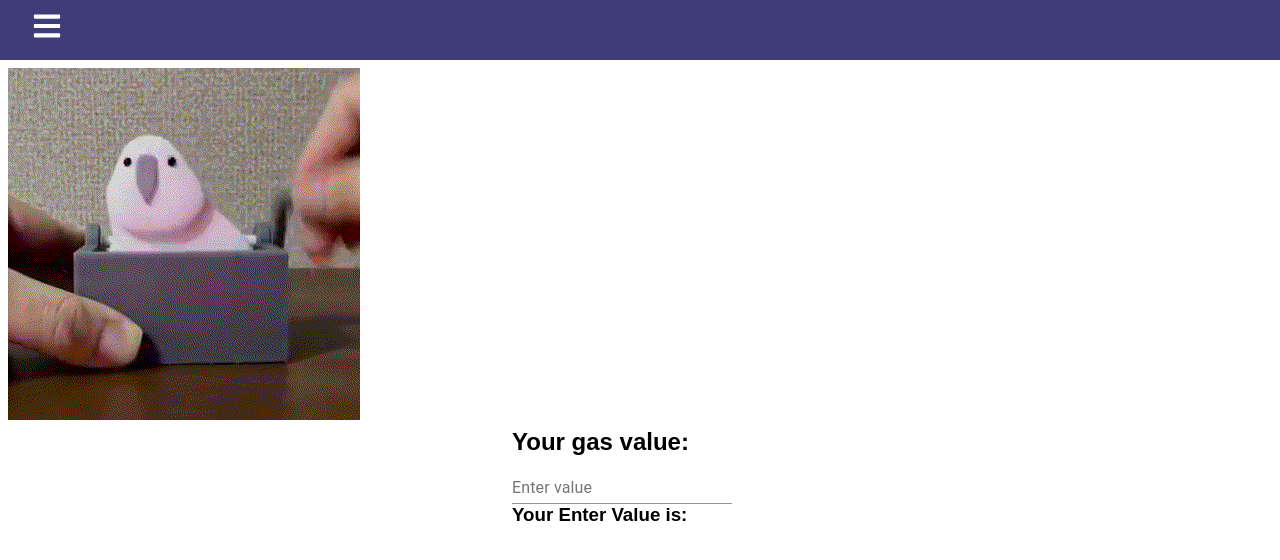
Repository: dcutalo/GasPal
Page: / (app in client/)
These files come from the project's save history. The page is drawn as it stood at one moment and after the next save; the edit follows.
The browser window is 1280 px wide. The pictures show the whole page.
Some web fonts or font styles are not loaded; a fallback is used. The project was rebuilt for these pictures with package versions that can differ from the ones it lists, and the page was loaded fresh each time. Also part of the build but not shown: client/src/pages/triphistory.js, client/src/pages/gasefficiencyreports.js, client/src/pages/userprofile.js.

Above is the page before, as saved 2021-10-05 21:55:53.

### client/src/App.js
import React from 'react';
import './App.css';
import Sidebar from './components/Sidebar';
import { BrowserRouter as Router, Switch, Route} from 'react-router-dom';
import Home from './pages/home';
import TripHistory from './pages/triphistory';
import Reports from './pages/gasefficiencyreports';
import UserProfile from './pages/userprofile';


function App() {
  return (
    <>
    <Router>
      <Sidebar />
      <Switch>
        <Route path = '/' exact component={Home}/>
        <Route path = '/triphistory' component={TripHistory}/>
        <Route path = '/gasefficiencyreports' component={Reports}/>
        <Route path = '/userprofile' component={UserProfile}/>
      </Switch>
    </Router>

    </>
  );
}

export default App;

### client/src/App.css
@import url(https://fonts.googleapis.com/css2?family=Gluten&display=swap);

* {
  box-sizing: border-box;
  margin: 0;
  padding: 0;
  font-family: 'Latp', sans-serif;
}

.home, .gasefficiencyreports, .triphistory, .userprofile {
  display: flex;
  height: 90vh;
  align-items: center;
  justify-content: center;
  font-size: 3rem;
}

.gif{
  display: flex;
  align-items: center;
  padding: 8px;
 }

### client/src/components/Sidebar.js
import React, {useState} from 'react'
import * as FaIcons from "react-icons/fa";
import * as AiIcons from "react-icons/ai";
import { Link } from 'react-router-dom';
import { SidebarData } from './Sidebardata';
import './Sidebar.css';
import { IconContext } from 'react-icons'

function Sidebar() {
    const [sidebar, setSidebar] = useState(false)

    const showSidebar = () => setSidebar(!sidebar)

    return (
        <>
        <IconContext.Provider value={{size: '30px', className:"icons"}}>
            <div className ="sidebar">
                <Link to="#" className='menu-bars'>
                    <FaIcons.FaBars onClick={showSidebar} />
                </Link>
            </div>

            <nav className={sidebar ? 'side-menu active' : 'side-menu'}>
                <ul className='side-menu-items'>
                    <li className="sidebar-toggle">
                        <Link to="#" className='menu-bars' onClick={showSidebar}>
                            <AiIcons.AiOutlineClose />
                        </Link>
                    </li>

                    {SidebarData.map((item,index) => {
                        return (

                            <li key={index} className={item.cName}>
                                <Link to={item.path}>
                                    {item.icon}
                                    <span>{item.title}</span>
                                </Link>
                            </li>

                        );
                    })}

                </ul>
            </nav>

        </IconContext.Provider>
        </>
    )
}

export default Sidebar

### client/src/pages/home.js

import React, { useState } from "react";
import TextField from "@material-ui/core/TextField";
import gif from '../1f8f36ae39d05387.gif';
import '../App.css'

const Home = () => {
  const [name, setName] = useState("");

  return (
    <div>
    <img src={gif} alt="loading..." className="gif"/>

    <div
          style={{
              marginLeft: "40%",
          }}
      >
          <h2>Your gas value:</h2>
          <TextField
              value={name}
              label="Enter value"
              onChange={(e) => {
                  setName(e.target.value);
              } } />
          <h3>Your Enter Value is: {name} </h3>
      </div>
    </div>
  );
};

export default Home;

### client/src/components/Sidebardata.js
import React from 'react'
import * as AiIcons from "react-icons/ai";
import * as CgIcons from "react-icons/cg";
import * as HiIcons from "react-icons/hi";

export const SidebarData = [
    {
        title: 'Home',
        path: '/',
        icon: <AiIcons.AiFillHome />,
        cName: 'side-text'
    },
    {
        title: 'Gas Efficiency Reports',
        path: '/gasefficiencyreports',
        icon: <HiIcons.HiDocumentReport />,
        cName: 'side-text'
    },
    {
        title: 'Trip History',
        path: '/triphistory',
        icon: <AiIcons.AiOutlineHistory />,
        cName: 'side-text'
    },
    {
        title: 'User Profile',
        path: '/userprofile',
        icon: <CgIcons.CgProfile />,
        cName: 'side-text'
    }
]

### client/src/components/Sidebar.css
.sidebar {
    background-color: #3f3d77;
    height: 60px;
    display: flex;
    justify-content: start;
    align-items: center;
}

.menu-bars {
    margin-left: 2rem;
    font-size: 2rem;
    background: none;
    color:rgb(255, 255, 255)
}

.side-menu {
    background-color: #3f3d77;
    width: 300px;
    height: 120vh;
    display: flex;
    justify-content: center;
    position: fixed;
    top: 0;
    left: -100%;
    transition: 850ms;
}

.side-menu.active {
    left: 0;
    transition: 350ms;
}

.side-text {
    display: flex;
    justify-content: center;
    align-items: center;
    padding: 8px 0px 8px 16px;
    list-style: none;
    height: 60px;
}

.side-text a {
    text-decoration: none;
    color: rgb(255, 255, 255);
    font-size: 18px;
    width: 95%;
    height: 100%;
    display: flex;
    align-items: center;
    border-radius: 4px;
}

.side-text a:hover {
    background-color: #d0a3eb;
    color: black;
}

.side-menu-items {
    width: 100%;
}

.sidebar-toggle {
    background-color: #24234b;
    width: 100%;
    height: 60px;
    display: flex;
    justify-content: start;
    align-items: center;
}

span{
    margin-left: 16px;
}

Loaded but not shown: client/public/index.html (common file); client/src/index.js (common file)

After the next save:
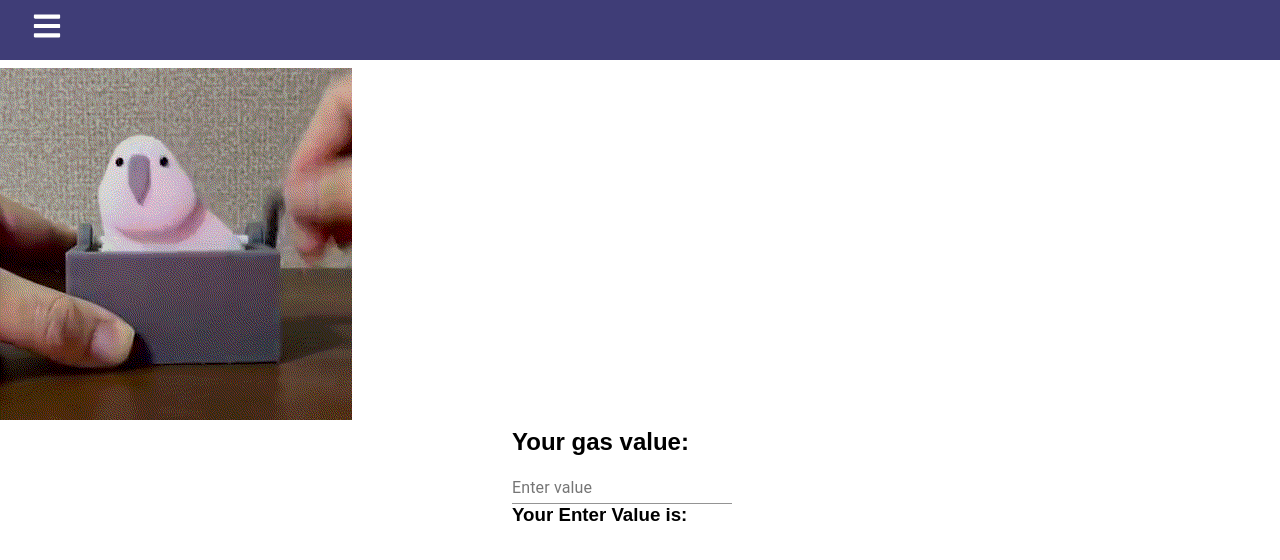
Saved 6 s later.
--- a/client/src/App.css
+++ b/client/src/App.css
@@ -18,5 +18,5 @@
 .gif{
   display: flex;
   align-items: center;
-  padding: 8px;
+  padding: 8px 0px;
  }
